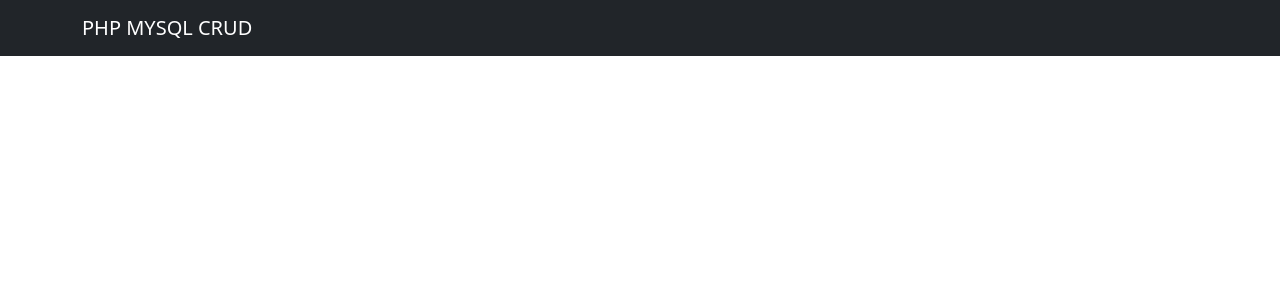
Repository: NickArregoces/Task_Crud
Page: http://localhost/
These files come from the project's save history. The page is drawn as it stood at one moment and after the next save; the edit follows.
The browser window is 1280 px wide. The pictures show the whole page.
Some web libraries are served in a nearby version. The page is run by PHP 8.4 with error messages shown; the project is at /var/www/html/.

Above is the page before, as saved 2022-03-17 16:36:48.

After the next save:
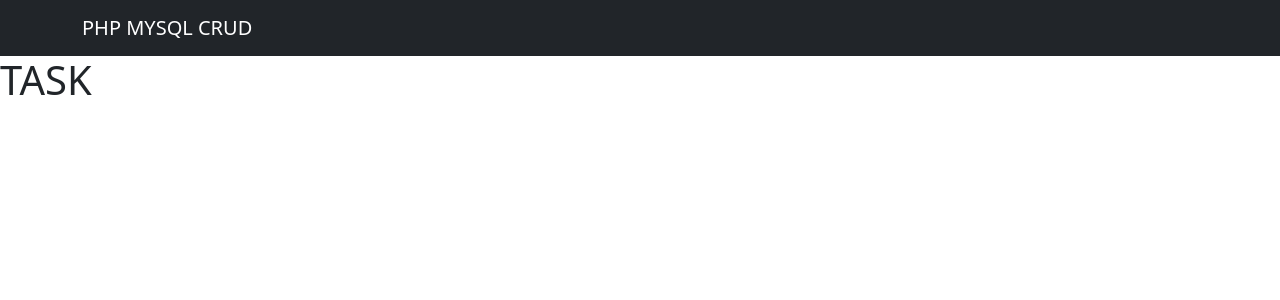
Saved 29 s later.
--- a/index.php
+++ b/index.php
@@ -2,6 +2,7 @@
 
 <?php include("includes/header.php") ?>
 
-<h1></h1>
+<h1>TASK</h1>
+
 
 <?php include("includes/footer.php") ?>
